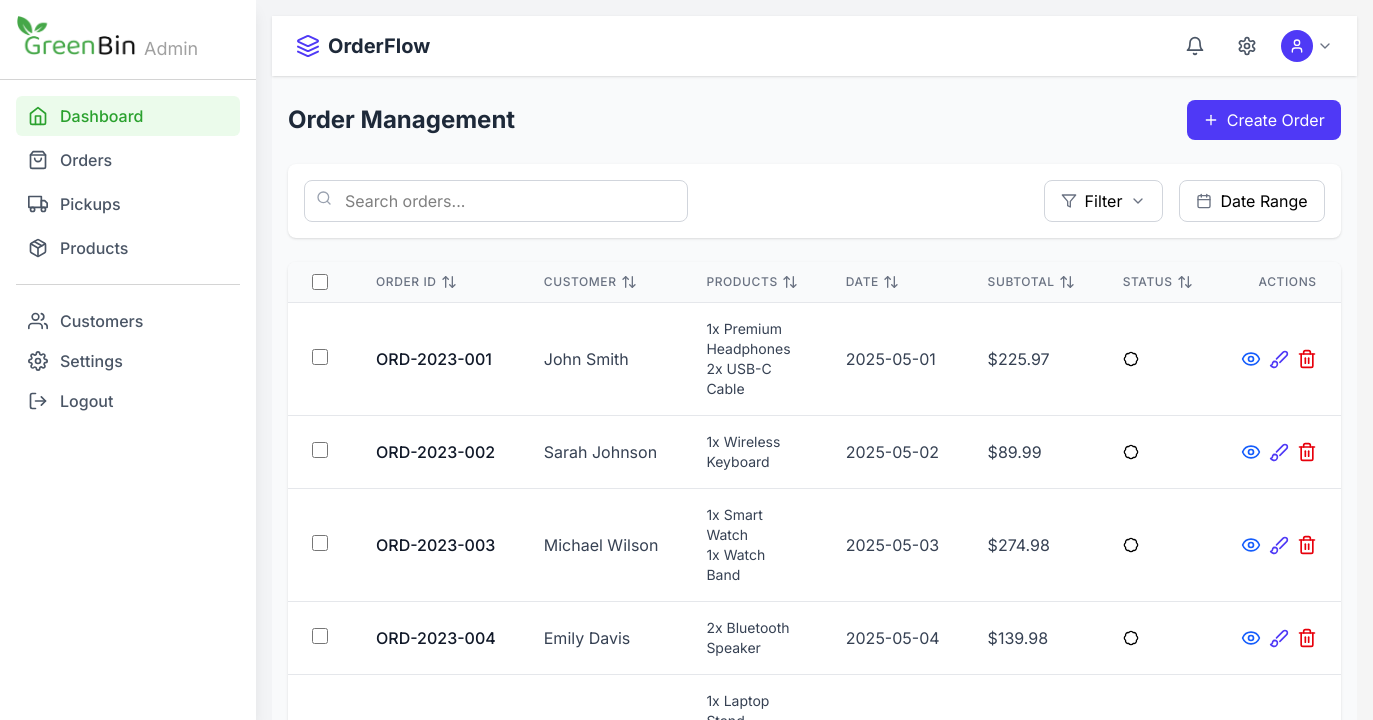
Repository: Siddhu123456/Plastic-Waste-Management
Page: /allorders (app in frontend/)
An editor plug-in stored every save of this project. The page is shown before and after the next save, followed by the edit.
The browser window is 1280 px wide. The page is 1373 px wide, so the pictures cover 1373 px, including what lies to the right of the window. The pictures show the whole page.
An inner scrolling area shows only its first screen. The project was rebuilt for these pictures with package versions that can differ from the ones it lists, and the page was loaded fresh each time. Also part of the build but not shown: frontend/vite.config.js, frontend/src/components/ProductCard.jsx, frontend/src/components/TrendingProductsCarousel.jsx, frontend/src/pages/Home.jsx, frontend/src/components/FilterBar.jsx, frontend/src/components/Loader.jsx, frontend/src/pages/customer/Shop.jsx, frontend/src/pages/customer/Recycle.jsx and 24 more. Imported but missing from the stored project, and not drawn on this page: frontend/src/pages/Help, frontend/src/pages/customer/WishList.

Above is the page before, as saved 2025-05-06 20:07:44.

After the next save:
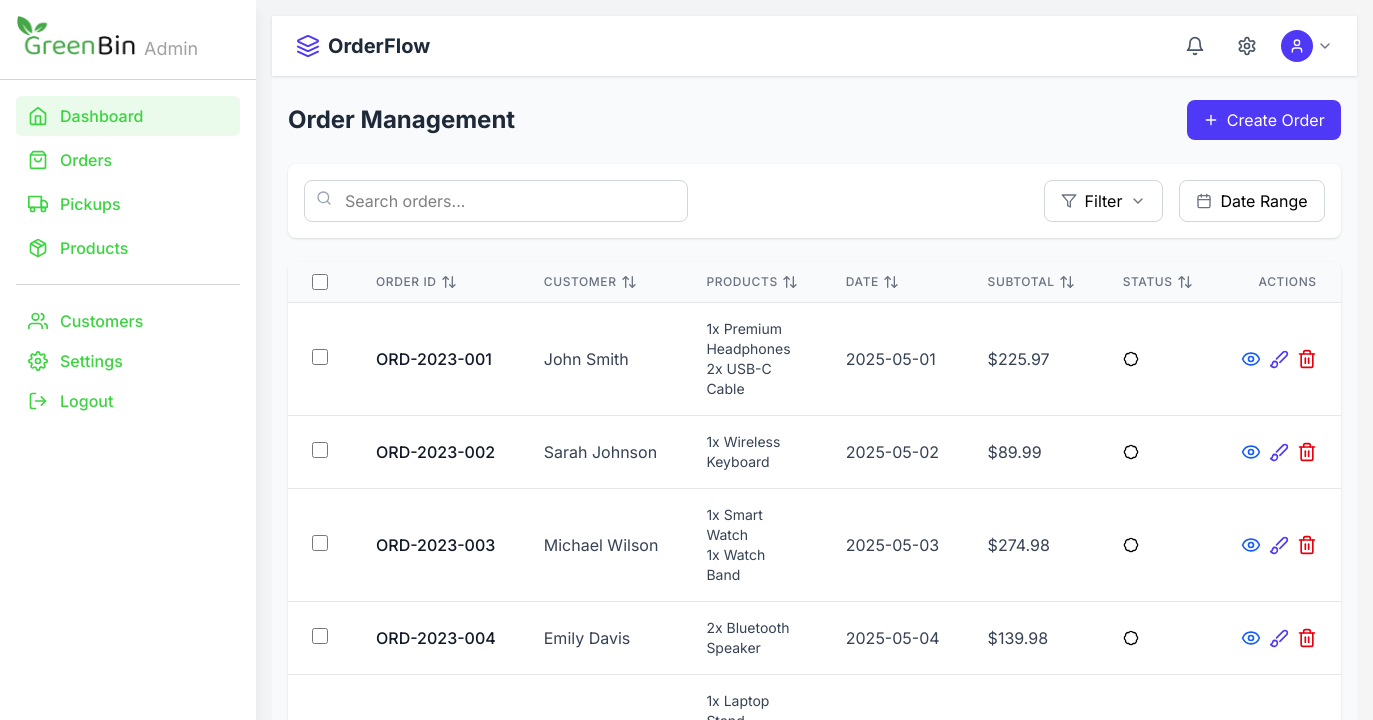
Saved 28 s later.
--- a/frontend/src/components/SidebarItem.jsx
+++ b/frontend/src/components/SidebarItem.jsx
@@ -3,7 +3,7 @@ const SidebarItem = ({ icon, title, active, onClick }) => {
       <button
         onClick={onClick}
         className={`flex items-center w-full px-3 py-2 rounded-md transition-colors ${
-          active ? 'bg-lgg/10 text-lgd' : 'text-gray-600 hover:bg-gray-100'
+          active ? 'bg-lgg/10 text-lgg' : 'text-lgg hover:bg-lgg/5'
         }`}
       >
         <span className="mr-3">{icon}</span>
